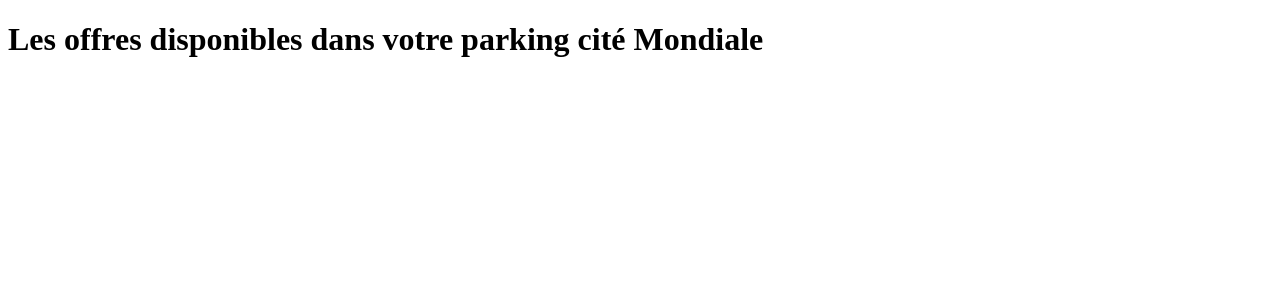
Repository: lysianebo/OHMYFOOD
Page: perso/cartes-tournantes/cartes.html
The author's editor kept a copy of each file at every save. The page is drawn from the files as they stood at one save, then again after the next save.
The browser window is 1280 px wide. The pictures show the whole page.

Above is the page before, as saved 2022-10-21 15:29:42.

After the next save:
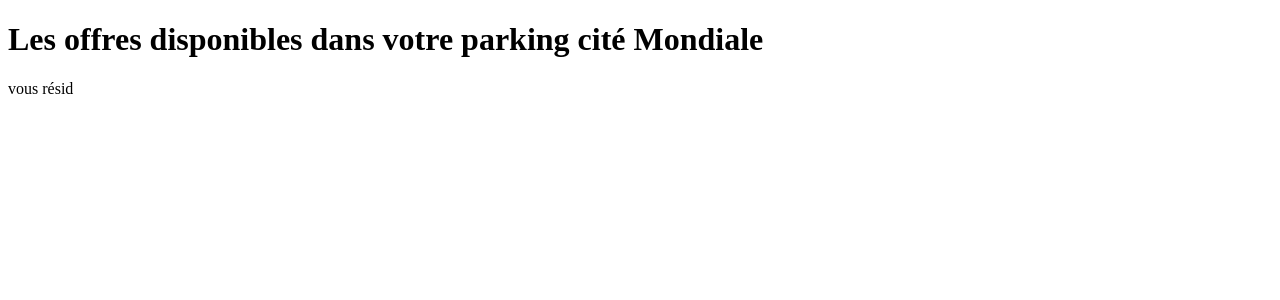
Saved 7 s later.
--- a/perso/cartes-tournantes/cartes.html
+++ b/perso/cartes-tournantes/cartes.html
@@ -17,7 +17,7 @@
         <div class="card-wrapper">
             <div class="card">
                 <div class="card-front">
-
+                    <p>vous résid</p>
                 </div>
                 <div class="card-front"></div>
             </div>
